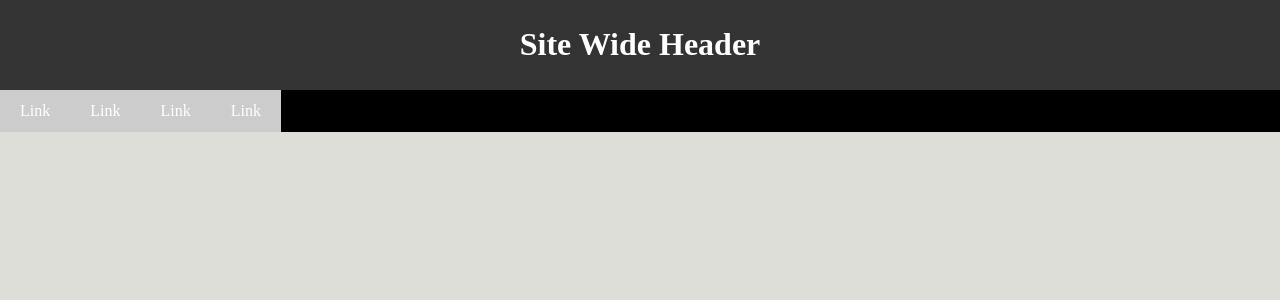
Repository: ayeza-baseer/AssignmentFlexbox
Page: assignment.html
These files come from the project's save history. The page is drawn as it stood at one moment and after the next save; the edit follows.
The browser window is 1280 px wide. The pictures show the whole page.

Above is the page before, as saved 2023-03-17 13:44:11.

### assignment.html
<!DOCTYPE html>
<html lang="en">
<head>

    <link rel="stylesheet" href="assignment.css">


</head>
<body>
<div>
    <header class="header"><h1>
        Site Wide Header
    </h1></header>
    <div class="navbar">
        <a href="#">Link</a>
        <a href="#">Link</a>
        <a href="#">Link</a>
        <a href="#">Link</a>
      </div>


</div>

</body>
</html>

### assignment.css
.header{
    padding: 5px;
    background-color: #333;
	 color: #ccc;

    text-align: center;

    color: white;
}

body{
    margin:0;
    background-color: #deded8;
}

.navbar {
    display: flex;
    background-color: black
  }

  .navbar a {
    color: white;
    background-color: #ccc;
    padding: 12px 20px;
    text-decoration: none;
    text-align: center;
  }

After the next save:
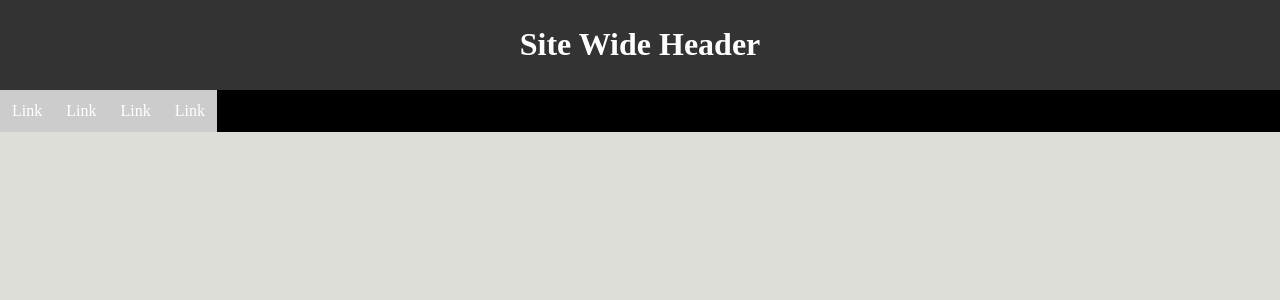
Saved 15 s later.
--- a/assignment.css
+++ b/assignment.css
@@ -21,7 +21,7 @@ body{
   .navbar a {
     color: white;
     background-color: #ccc;
-    padding: 12px 20px;
+    padding: 12px 12px;
     text-decoration: none;
     text-align: center;
   }
